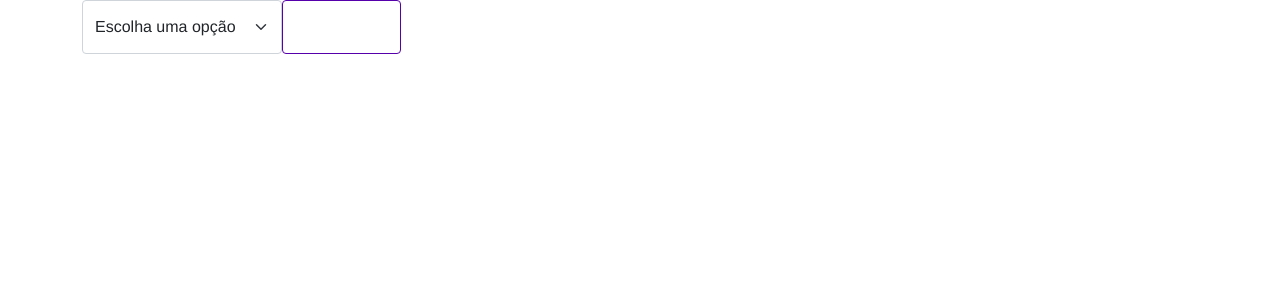
Repository: LuismGil/Countries-list
Page: /
These files come from the project's save history. The page is drawn as it stood at one moment and after the next save; the edit follows.
The browser window is 1280 px wide. The pictures show the whole page.
The project was rebuilt for these pictures with package versions that can differ from the ones it lists, and the page was loaded fresh each time.

Above is the page before, as saved 2021-05-22 21:22:56.

After the next save:
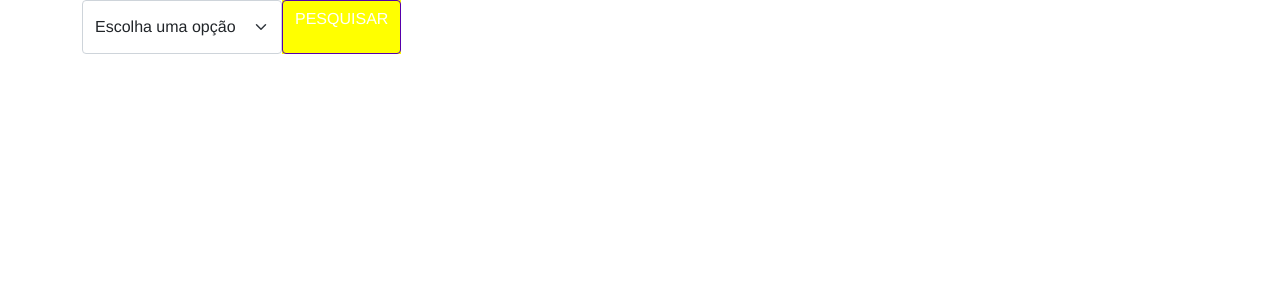
Saved 36 s later.
--- a/src/components/MvCountries.vue
+++ b/src/components/MvCountries.vue
@@ -40,4 +40,8 @@ export default {
    color: #fff;
 }
 
+.btn-find {
+  background-color: yellow;
+}
+
 </style>
